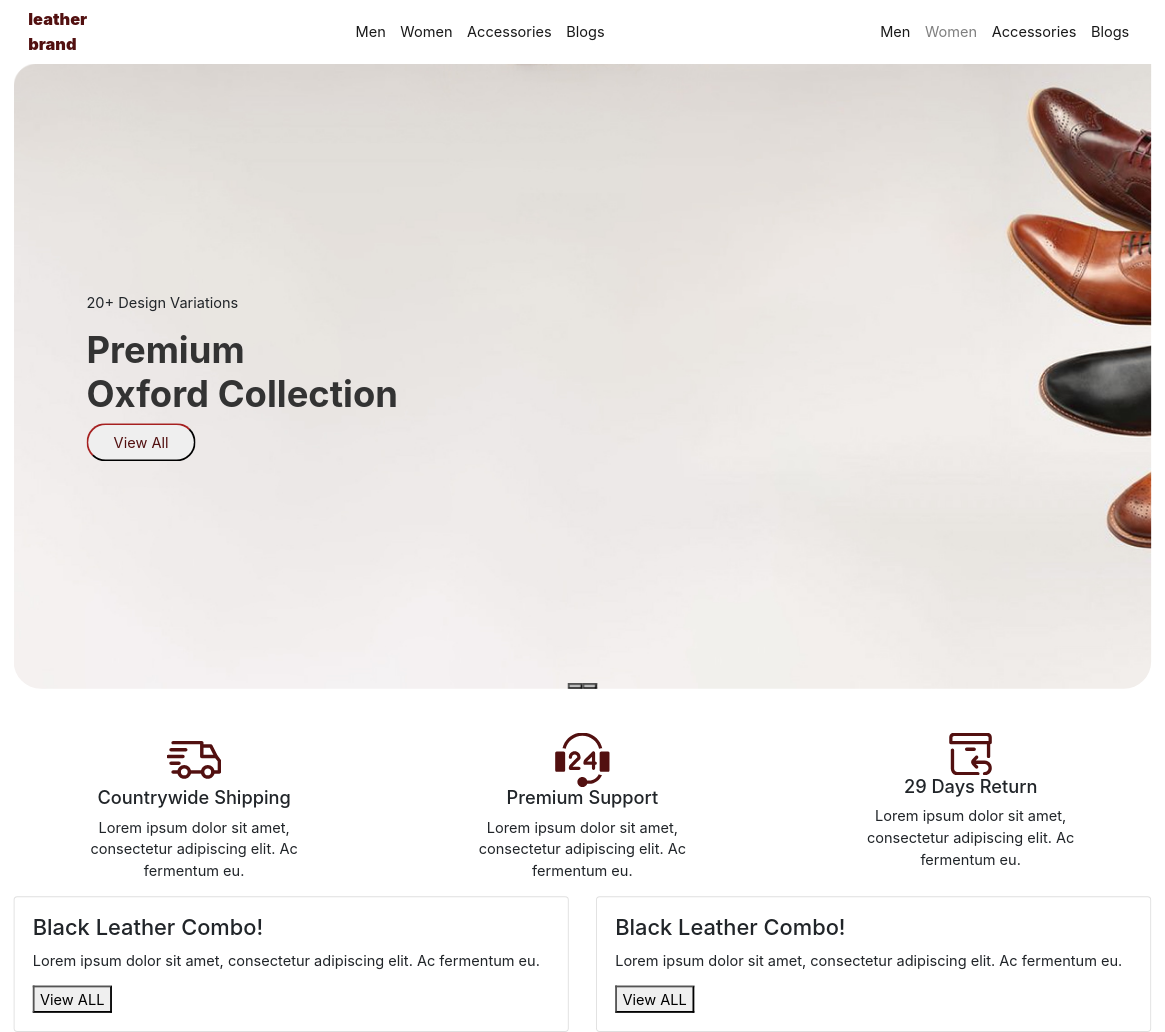
Repository: arif286/fashion-house
Page: /
The author's editor kept a copy of each file at every save. The page is drawn from the files as they stood at one save, then again after the next save.
The browser window is 1280 px wide. The pictures show the whole page, at 91% of full size.
The project was rebuilt for these pictures with package versions that can differ from the ones it lists, and the page was loaded fresh each time. The framework's server and built-in components were replaced by stand-ins that run in the browser. Also part of the build but not shown: nuxt.config.js, components/Contact.vue, components/DisplayCollection.vue, components/Footer.vue, components/NuxtLogo.vue, components/Products.vue, components/Tutorial.vue.

Above is the page before, as saved 2021-07-12 05:08:59.
Not found: @assets/Images/newarrivals1.png
Not found: @assets/Images/promo.png

After the next save:
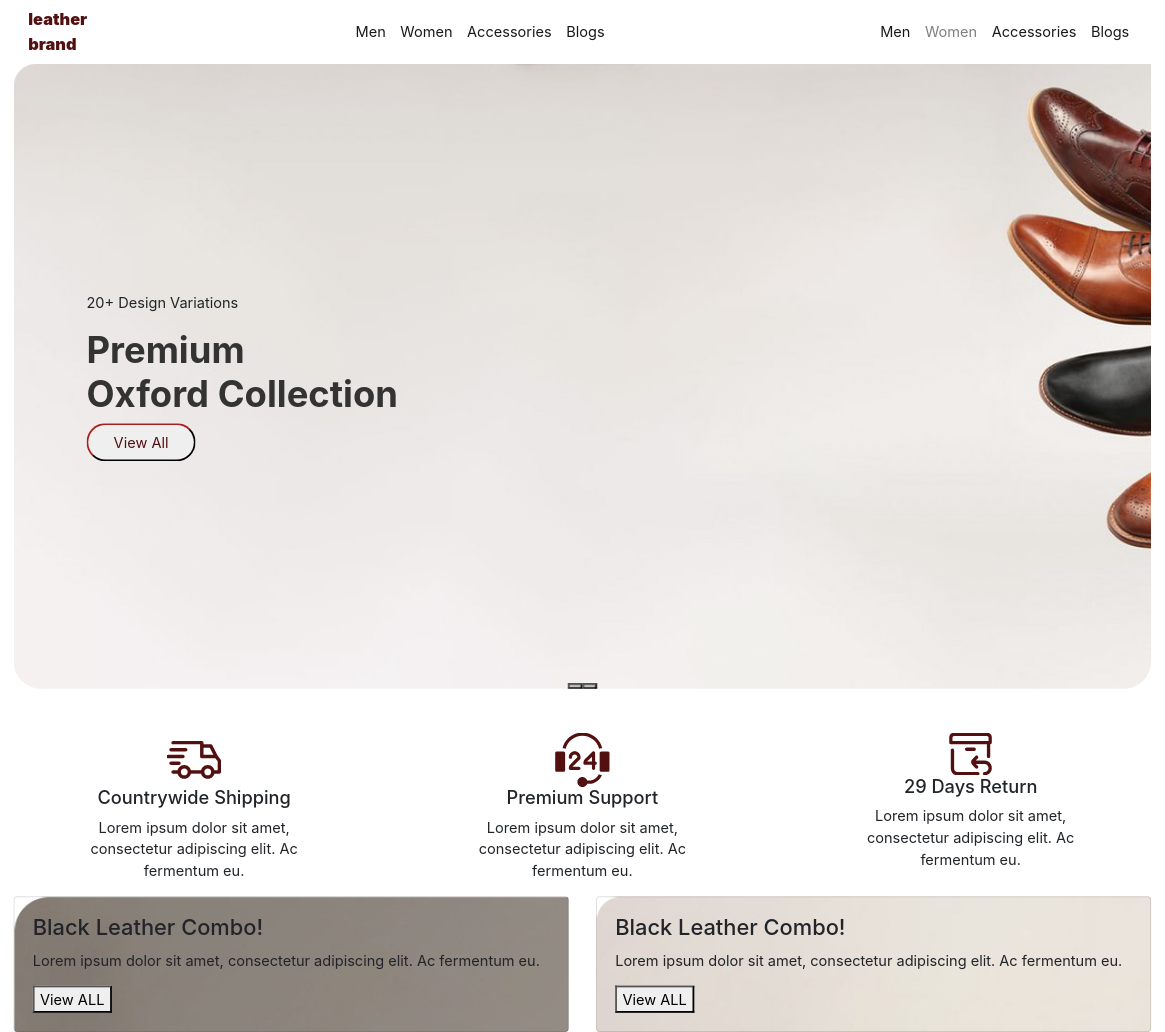
Saved 102 s later.
--- a/components/NewCollection.vue
+++ b/components/NewCollection.vue
@@ -25,9 +25,9 @@ export default {
 </script>
 <style>
 .newArrival {
-  background-image: url('/@assets/Images/newarrivals1.png');
+  background-image: url('@/assets/Images/newarrivals1.png');
 }
 .promo {
-  background-image: url('/@assets/Images/promo.png');
+  background-image: url('@/assets/Images/promo.png');
 }
 </style>
